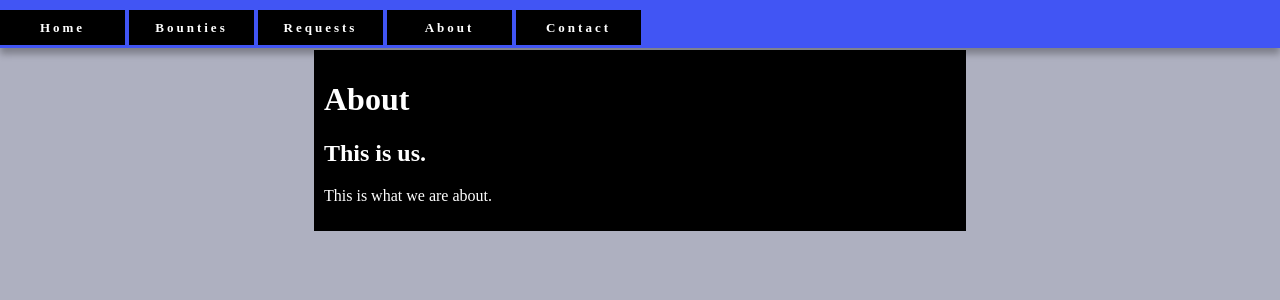
Repository: mailog/Tomorrow
Page: http://localhost/about
These files come from the project's save history. The page is drawn as it stood at one moment and after the next save; the edit follows.
The browser window is 1280 px wide. The pictures show the whole page.
The page is this project's Thymeleaf template; nobody is signed in. The template is opened directly, without the code that normally fills it, so the values that code supplies are empty.

Above is the page before, as saved 2017-07-29 02:31:34.

After the next save:
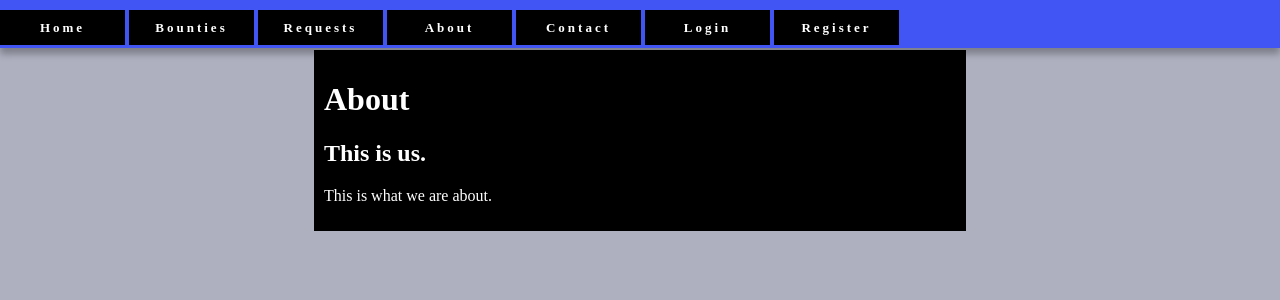
Saved 27 s later.
--- a/Tomorrow/src/main/resources/templates/about.html
+++ b/Tomorrow/src/main/resources/templates/about.html
@@ -22,6 +22,12 @@
 	<a href = "/contact">
 		<button class = "tool_button"> Contact </button>
 	</a>
+	<a href = "/login">
+		<button class = "tool_button"> Login </button>
+	</a>
+	<a href = "/register">
+		<button class = "tool_button"> Register </button>
+	</a>
 </div>
 
 <div id = "about">
